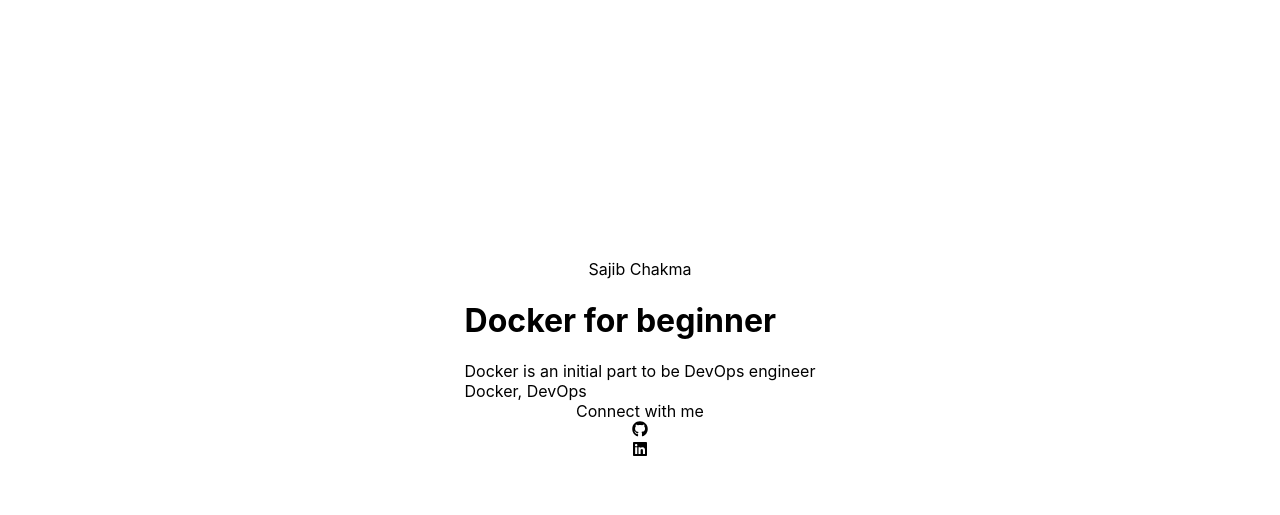
Repository: ChakmaSajib/sajibchakma
Page: /
The author's editor kept a copy of each file at every save. The page is drawn from the files as they stood at one save, then again after the next save.
The browser window is 1280 px wide. The pictures show the whole page.
The project was rebuilt for these pictures with package versions that can differ from the ones it lists, and the page was loaded fresh each time. The framework's server and built-in components were replaced by stand-ins that run in the browser. Also part of the build but not shown: next.config.js.

Above is the page before, as saved 2022-08-28 21:56:45.

After the next save:
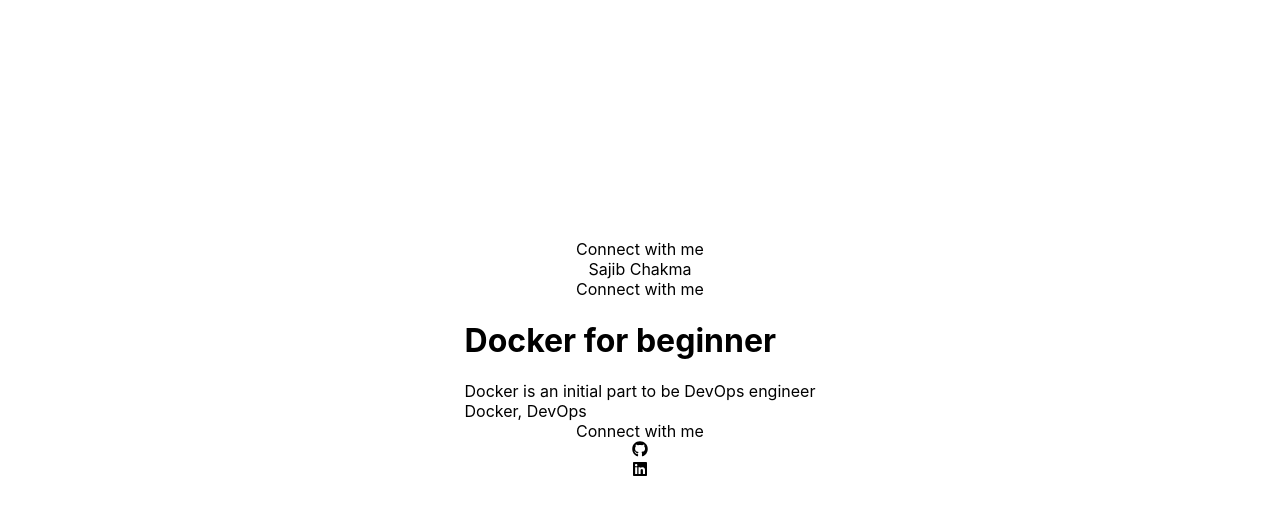
Saved 58 s later.
--- a/pages/index.tsx
+++ b/pages/index.tsx
@@ -14,7 +14,10 @@
       </Head>
 
       <main className={styles.main}>
+        <span>Connect with me</span>
         <BioData message = "Sajib Chakma" />
+
+        <span>Connect with me</span>
         <Article title = "Docker for beginner" description=' Docker is an initial part to be DevOps engineer' tag = "Docker, DevOps"/>
         <span>Connect with me</span>
         <Contact mediumName='Github' link="https://github.com/ChakmaSajib" iconComponent={<FaGithub/>}/>
